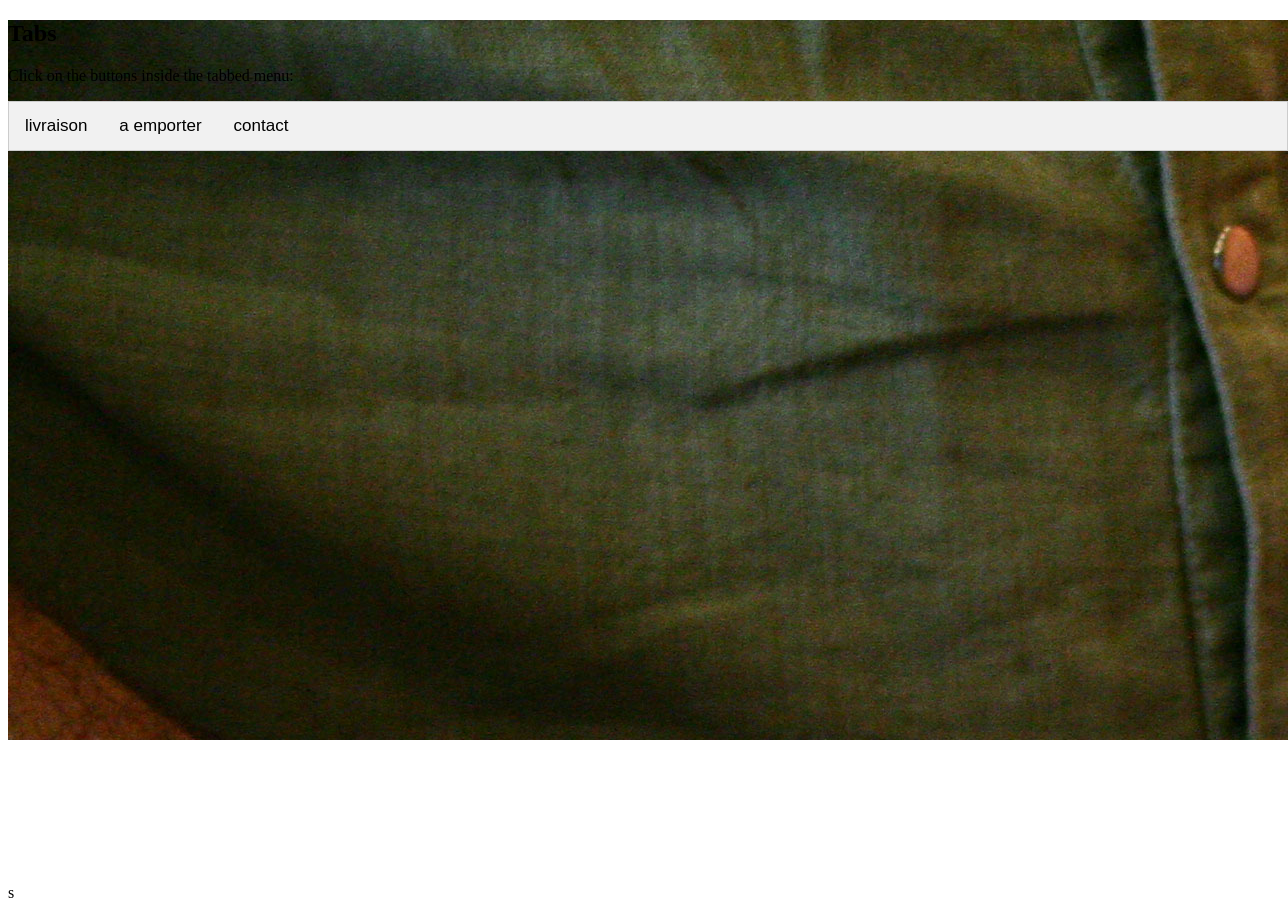
Repository: dev84-unalien/pippo_pizza
Page: admin.html
The author's editor kept a copy of each file at every save. The page is drawn from the files as they stood at one save, then again after the next save.
The browser window is 1280 px wide. The page is 1288 px wide, so the pictures cover 1288 px, including what lies to the right of the window. The pictures show the whole page.

Above is the page before, as saved 2019-09-09 12:09:49.

After the next save:
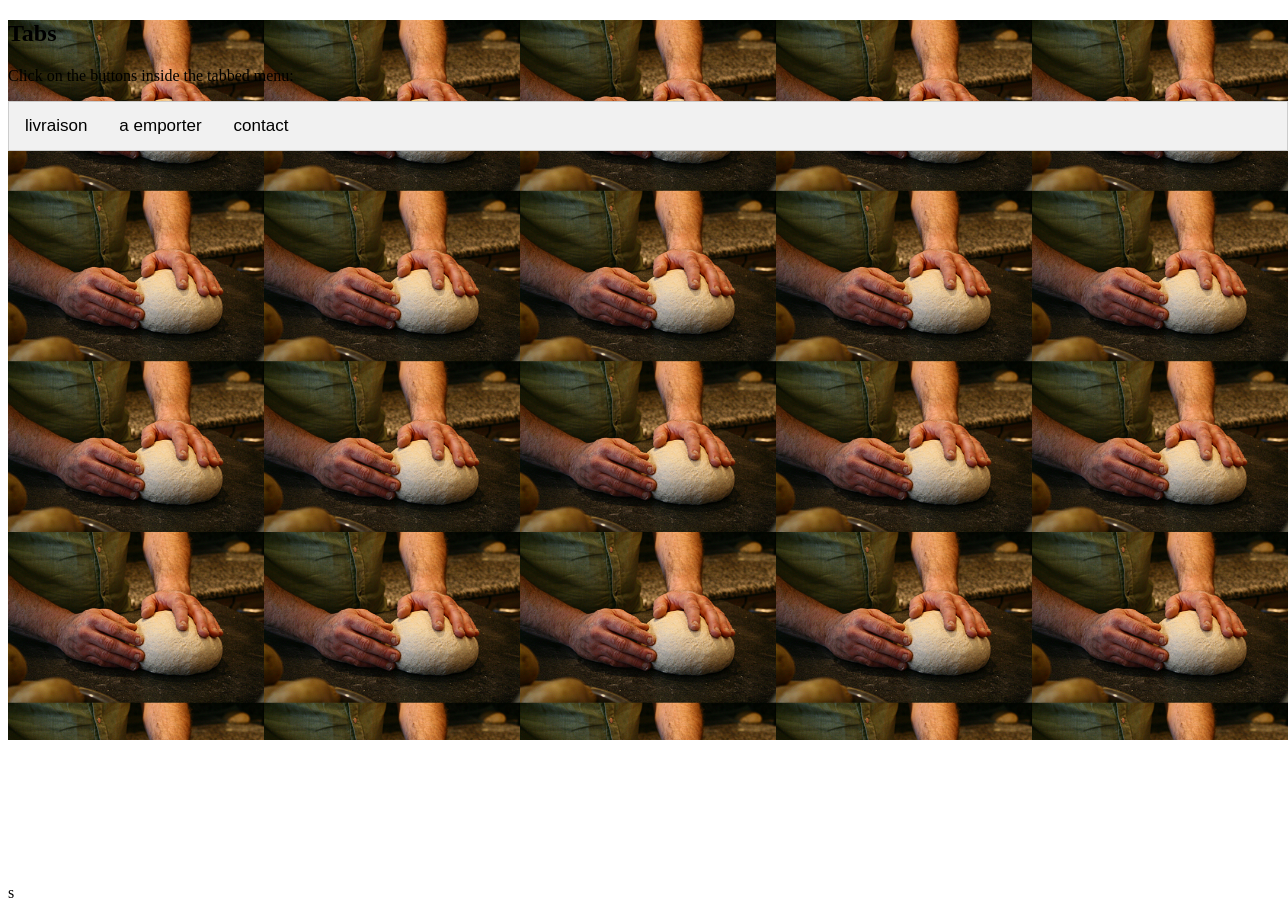
Saved 53 s later.
--- a/admin.css
+++ b/admin.css
@@ -4,7 +4,7 @@
     width: 100vw;
     background-image: url("images/ajoutpizza.jpg");
     justify-content:contain;
-    align-items: center;
+   background-size:20vw ;
     margin-bottom: 20vh;
 }
 
